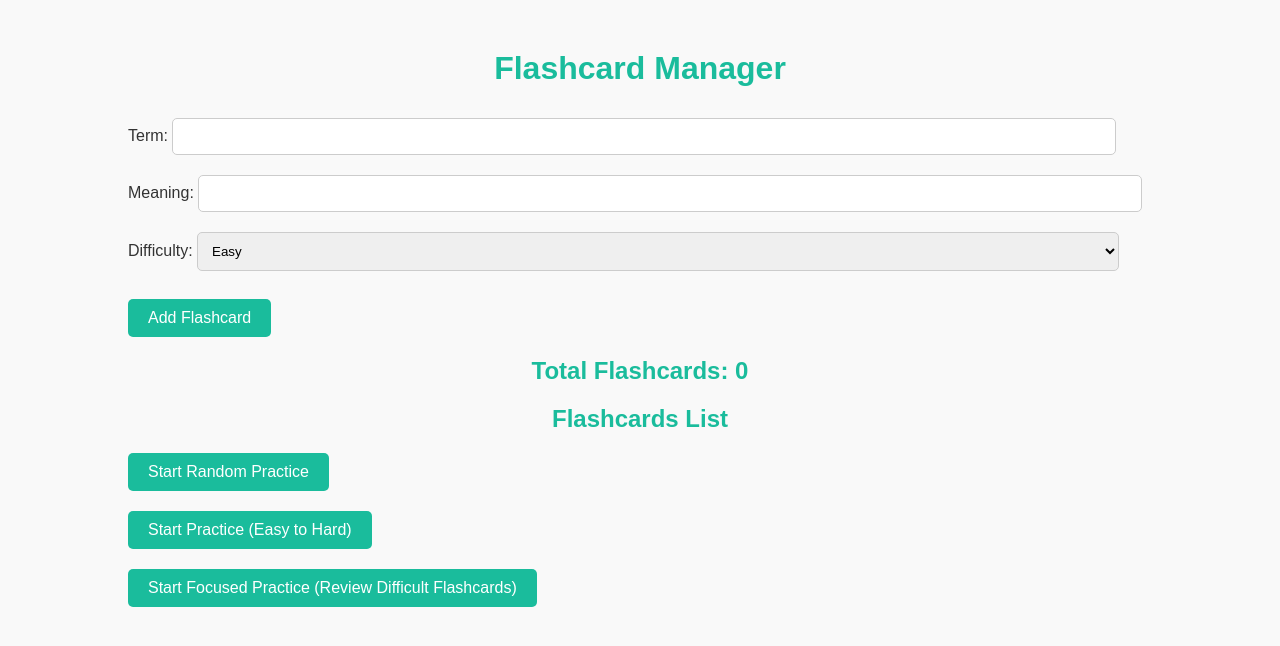
Repository: Oriyin/Algorithm_StudyHelper
Page: http://localhost/flashcards
An editor plug-in stored every save of this project. The page is shown before and after a run of saves, followed by the edit.
The browser window is 1280 px wide. The pictures show the whole page.
The page is served by the project's application, run on Flask 3 (backend/app.py). Other server files are loaded and not shown.

Above is the page before, as saved 2024-10-11 14:19:43.

### templates/flashcards.html
<!DOCTYPE html>
<html lang="en">
<head>
    <meta charset="UTF-8">
    <meta name="viewport" content="width=device-width, initial-scale=1.0">
    <title>Flashcards</title>
    <!-- ลิงก์ไฟล์ CSS -->
    <link rel="stylesheet" type="text/css" href="{{ url_for('static', filename='flashstyle.css') }}">
</head>
<body>
    <div class="container">
        <h1>Flashcard Manager</h1>

        <!-- Form สำหรับการเพิ่ม flashcard -->
        <form method="POST" action="{{ url_for('manage_flashcards') }}">
            <label for="term">Term:</label>
            <input type="text" name="term" id="term" required><br>

            <label for="meaning">Meaning:</label>
            <input type="text" name="meaning" id="meaning" required><br>

            <!-- Dropdown for selecting difficulty -->
            <label for="difficulty">Difficulty:</label>
            <select name="difficulty" id="difficulty" required>
                <option value="Easy">Easy</option>
                <option value="Medium">Medium</option>
                <option value="Hard">Hard</option>
            </select><br><br>

            <button type="submit">Add Flashcard</button>
        </form>

        <!-- Display total number of flashcards -->
        <h2>Total Flashcards: {{ flashcards|length }}</h2>

        <h2>Flashcards List</h2>
        <ul>
            {% for flashcard in flashcards %}
                <li>{{ flashcard.term }} - {{ flashcard.meaning }} ({{ flashcard.difficulty }})</li>
            {% endfor %}
        </ul>

        <!-- Button to start random practice -->
        <form method="GET" action="{{ url_for('start_practice') }}">
            <button type="submit">Start Random Practice</button>
        </form>

        <!-- Button to start practice sorted by difficulty -->
        <form method="GET" action="{{ url_for('start_practice_by_difficulty') }}">
            <button type="submit">Start Practice (Easy to Hard)</button>
        </form>

        <!-- Button to start reviewing flashcards that need more practice (incorrect_count > 2) -->
        <form method="GET" action="{{ url_for('start_focused_practice') }}">
            <button type="submit">Start Focused Practice (Review Difficult Flashcards)</button>
        </form>
    </div>
</body>
</html>

### backend/app.py
# app.py

from flask import Flask, request, render_template, redirect, url_for
from algorithm import *

# Initialize the Flask application and specify the template folder
app = Flask(__name__, template_folder="../templates")

# Global variables for storing tasks and notes temporarily
tasks = []
notes = []
task_counter = 0  # A counter to uniquely identify each task

# Route for the home page
@app.route('/')
def home():
    return render_template('index.html')

# Route for managing tasks
@app.route('/tasks', methods=['GET', 'POST'])
def manage_tasks():
    global tasks, task_counter
    if request.method == 'POST':
        task_name = request.form.get('task_name')
        task_description = request.form.get('task_description')
        due_date = request.form.get('due_date')
        priority = int(request.form.get('priority'))

        if task_name and task_description and due_date:
            task_counter += 1  # Increment task counter for each new task
            tasks.append({
                'id': task_counter,  # Assign unique ID to each task
                'name': task_name,
                'description': task_description,
                'dueDate': due_date,
                'priority': priority,
                'completed': False
            })

            # Sort tasks by due date immediately (excluding completed tasks) using Insertion Sort
            tasks = insertion_sort([task for task in tasks if not task['completed']], 'dueDate') + [task for task in tasks if task['completed']]

            print("Updated tasks list:")
            print(tasks)

    todo_tasks = [task for task in tasks if not task['completed']]
    done_tasks = [task for task in tasks if task['completed']]

    return render_template('tasks.html', todo_tasks=todo_tasks, done_tasks=done_tasks, enumerate=enumerate)

# Route for managing notes
@app.route('/notes', methods=['GET', 'POST'])
def manage_notes():
    global notes
    if request.method == 'POST':
        note_title = request.form.get('note_title')
        note_content = request.form.get('note_content')

        if note_title and note_content:
            notes.append({
                'title': note_title,
                'content': note_content
            })
            print("Updated notes list:")
            print(notes)

    return render_template('notes.html', notes=notes, enumerate=enumerate)

# Route to edit a specific note by index
@app.route('/edit_note/<int:index>', methods=['POST'])
def edit_note(index):
    global notes
    new_title = request.form.get('edit_note_title')
    new_content = request.form.get('edit_note_content')

    if new_title and new_content:
        # Update the note with new values
        notes[index]['title'] = new_title
        notes[index]['content'] = new_content
        print("Updated notes list:")
        print(notes)

    return redirect(url_for('manage_notes'))

# Route to delete a specific note by index
@app.route('/delete_note/<int:index>', methods=['POST'])
def delete_note(index):
    global notes
    if index < len(notes):
        notes.pop(index)
        print("Updated notes list:")
        print(notes)
    return redirect(url_for('manage_notes'))

# Route to search through notes using a case-insensitive search with highlighted results
@app.route('/search_notes', methods=['POST'])
def search_notes():
    global notes
    search_pattern = request.form.get('search_pattern').lower()  # Make the search pattern lowercase
    search_results = []

    # Perform case-insensitive search on each note's title and content using naive string search
    for index, note in enumerate(notes):
        title = note['title']
        content = note['content']
        highlighted_content = content

        # Use naive string search to find matches (case-insensitive)
        matches = naive_string_search(content.lower(), search_pattern)  # Perform the search on lowercase text

        # If matches are found, highlight them in the content
        if matches:
            for match_index in matches:
                # Highlight the matched text using HTML <mark> tag
                match = content[match_index:match_index + len(search_pattern)]
                highlighted_content = highlighted_content.replace(match, f"<mark>{match}</mark>")
            search_results.append({
                'index': index,
                'title': title,
                'highlighted_content': highlighted_content
            })

    # If no matches are found, set a message to be displayed
    no_match_message = None
    if not search_results:
        no_match_message = "Don't have any file that match with finding word."

    return render_template('notes.html', notes=notes, search_results=search_results, no_match_message=no_match_message, search_pattern=search_pattern, enumerate=enumerate)

# Route to edit a specific task by index
@app.route('/edit_task/<int:index>', methods=['POST'])
def edit_task(index):
    global tasks
    new_name = request.form.get('edit_name')
    new_description = request.form.get('edit_description')
    new_due_date = request.form.get('edit_due_date')
    new_priority = int(request.form.get('edit_priority'))

    if new_name and new_description and new_due_date:
        # Update the task with new values
        tasks[index]['name'] = new_name
        tasks[index]['description'] = new_description
        tasks[index]['dueDate'] = new_due_date
        tasks[index]['priority'] = new_priority
        print("Updated tasks list:")
        print(tasks)

    # Re-sort tasks by due date immediately after editing using Insertion Sort
    tasks = insertion_sort([task for task in tasks if not task['completed']], 'dueDate') + [task for task in tasks if task['completed']]

    return redirect(url_for('manage_tasks'))

# Route to toggle a task's completion status using its unique ID
@app.route('/toggle_completed/<int:task_id>', methods=['POST'])
def toggle_completed(task_id):
    global tasks
    for task in tasks:
        if task['id'] == task_id:
            task['completed'] = not task['completed']
            print("Updated tasks list:")
            print(tasks)
            break
    # Re-sort the tasks to ensure they are in the correct order
    tasks = insertion_sort([task for task in tasks if not task['completed']], 'dueDate') + [task for task in tasks if task['completed']]
    return redirect(url_for('manage_tasks'))

# Route to delete a task by its unique ID
@app.route('/delete_task/<int:task_id>', methods=['POST'])
def delete_task(task_id):
    global tasks
    tasks = [task for task in tasks if task['id'] != task_id]
    print("Updated tasks list:")
    print(tasks)
    return redirect(url_for('manage_tasks'))

# Route to sort tasks by due date using Merge Sort
@app.route('/sort_by_due_date', methods=['POST'])
def sort_by_due_date():
    global tasks
    incomplete_tasks = [task for task in tasks if not task['completed']]
    # Use merge_sort to sort the incomplete tasks by 'dueDate'
    tasks = merge_sort(incomplete_tasks, 'dueDate') + [task for task in tasks if task['completed']]
    print("Updated tasks list:")
    print(tasks)
    return redirect(url_for('manage_tasks'))

# Route to sort tasks by priority
@app.route('/sort_by_priority', methods=['POST'])
def sort_by_priority():
    global tasks
    incomplete_tasks = [task for task in tasks if not task['completed']]
    tasks = counting_sort(incomplete_tasks, 'priority') + [task for task in tasks if task['completed']]
    print("Updated tasks list:")
    print(tasks)
    return redirect(url_for('manage_tasks'))

# Route to sort tasks by both due date and priority
@app.route('/sort_by_both', methods=['POST'])
def sort_by_both():
    global tasks
    incomplete_tasks = [task for task in tasks if not task['completed']]
    tasks = heap_sort(incomplete_tasks, 'dueDate', 'priority') + [task for task in tasks if task['completed']]
    print("Updated tasks list:")
    print(tasks)
    return redirect(url_for('manage_tasks'))

# Global variable to store flashcards
flashcards = []

@app.route('/flashcards', methods=['GET', 'POST'])
def manage_flashcards():
    global flashcards
    if request.method == 'POST':
        term = request.form.get('term')
        meaning = request.form.get('meaning')
        difficulty = request.form.get('difficulty')  # Capture the difficulty level

        # Create a new flashcard with 'incorrect_count' initialized to 0 and difficulty level
        new_flashcard = {'term': term, 'meaning': meaning, 'difficulty': difficulty, 'incorrect_count': 0}

        # Use the uniqueness testing function to avoid duplicates
        if uniqueness_testing(flashcards, new_flashcard):
            print("Flashcard added successfully!")
        else:
            print("Duplicate term found! Flashcard not added.")

    # Render the flashcards page with the flashcards list and total number
    return render_template('flashcards.html', flashcards=flashcards, enumerate=enumerate)

# Route to start flashcard practice (randomizes flashcards before starting)
@app.route('/start_practice', methods=['GET'])
def start_practice():
    global flashcards
    # Randomize flashcards before starting practice
    flashcards = random_flashcards(flashcards)
    return redirect(url_for('practice_flashcard', index=0))

@app.route('/practice_flashcard/<int:index>', methods=['GET', 'POST'])
def practice_flashcard(index):
    global flashcards
    if index >= len(flashcards):
        # If the index is out of range, redirect to the practice completion page
        return redirect(url_for('practice_completed'))

    if request.method == 'POST':
        # Check if the answer was correct or not
        is_correct = request.form.get('is_correct') == 'true'
        if not is_correct:
            flashcards[index]['incorrect_count'] += 1

        # Move to the next flashcard
        next_index = index + 1
        if next_index < len(flashcards):
            return redirect(url_for('practice_flashcard', index=next_index))
        else:
            return redirect(url_for('practice_completed'))

    # Render the current flashcard for practice
    flashcard = flashcards[index]
    return render_template('practice_flashcard.html', flashcard=flashcard, index=index)

@app.route('/practice_completed')
def practice_completed():
    global flashcards

    # Group flashcards based on incorrect_count
    low_threshold = 1
    grouped_flashcards = divide_and_conquer_flashcards(flashcards, low_threshold)

    # Separate correct and incorrect flashcards for the result page
    correct_flashcards = [fc for fc in grouped_flashcards if fc['incorrect_count'] == 0]
    incorrect_flashcards = [fc for fc in grouped_flashcards if fc['incorrect_count'] > 0]

    # Show the result in terms of high-priority (incorrect more often) and low-priority flashcards
    return render_template('practice_completed.html', correct_flashcards=correct_flashcards, incorrect_flashcards=incorrect_flashcards)

@app.route('/practice_again_random', methods=['GET'])
def practice_again_random():
    global flashcards
    flashcards = random_flashcards(flashcards)  # แบบสุ่มสำหรับ practice
    print("Flashcards randomized")
    return redirect(url_for('practice_flashcard', index=0))

@app.route('/practice_again_easy_to_hard', methods=['GET'])
def practice_again_easy_to_hard():
    global flashcards
    flashcards = counting_sortflash(flashcards, 'difficulty')  # เรียงจากง่ายไปยาก
    print("Flashcards sorted from Easy to Hard")
    return redirect(url_for('practice_flashcard', index=0))

@app.route('/start_practice_by_difficulty', methods=['GET'])
def start_practice_by_difficulty():
    global flashcards

    if len(flashcards) == 0:
        # Redirect to the flashcards management page if there are no flashcards
        return redirect(url_for('manage_flashcards'))

    # Sort flashcards by difficulty in the order of Easy -> Medium -> Hard
    flashcards = counting_sortflash(flashcards, 'difficulty')

    return redirect(url_for('practice_flashcard', index=0))

@app.route('/start_focused_practice', methods=['GET'])
def start_focused_practice():
    global flashcards, flashcards_to_practice

    # Filter flashcards where incorrect_count > 2
    flashcards_to_practice = [fc for fc in flashcards if fc['incorrect_count'] > 2]

    # ตรวจสอบว่ามี flashcards ที่จะฝึกไหม
    if len(flashcards_to_practice) == 0:
        # ถ้าไม่มี flashcards ที่ผิดเกิน 2 ครั้ง ให้กลับไปยังหน้า flashcard management
        return redirect(url_for('manage_flashcards'))

    # Start practice with the filtered flashcards
    return redirect(url_for('practice_focused_flashcards', index=0))

@app.route('/practice_focused_flashcards/<int:index>', methods=['GET', 'POST'])
def practice_focused_flashcards(index):
    global flashcards_to_practice

    if index >= len(flashcards_to_practice):
        # If all flashcards are practiced, go to the completion page
        return redirect(url_for('focused_practice_completed'))

    if request.method == 'POST':
        # Check if the user answered the flashcard correctly
        is_correct = request.form.get('is_correct') == 'true'
        if is_correct:
            # Only remove the flashcard if it was answered correctly
            flashcards_to_practice.pop(index)

        # After removing or marking the flashcard, adjust index if necessary
        if len(flashcards_to_practice) > 0 and index >= len(flashcards_to_practice):
            index = len(flashcards_to_practice) - 1

        # If no flashcards remain, go to the completion page
        if len(flashcards_to_practice) == 0:
            return redirect(url_for('focused_practice_completed'))

        # After the user answers, redirect to the next flashcard
        return redirect(url_for('practice_focused_flashcards', index=index))

    # Display the current flashcard for practice
    flashcard = flashcards_to_practice[index]
    return render_template('practice_focused_flashcards.html', flashcard=flashcard, index=index)

@app.route('/focused_practice_completed')
def focused_practice_completed():
    global flashcards_to_practice, flashcards

    # Calculate how many flashcards are left to review
    flashcards_left = len(flashcards_to_practice)

    # If practice is completed (no more flashcards left to review), reset incorrect_count to 0 for all flashcards
    if flashcards_left == 0:
        for fc in flashcards:
            fc['incorrect_count'] = 0  # Reset incorrect_count to 0 for all flashcards

    # Render the result page and pass flashcards_left to the template
    return render_template('focused_practice_completed.html', flashcards_left=flashcards_left)

# Run the Flask server
if __name__ == "__main__":
    app.run(debug=True)
    print(tasks)
    print(notes)

### backend/static/flashstyle.css
/* General Styles */
body, html {
    margin: 0;
    padding: 0;
    font-family: Arial, sans-serif;
    background-color: #f9f9f9;
    color: #333;
}

.container {
    width: 80%;
    margin: 50px auto;
    text-align: center;
}

/* Title Styling */
h1, h2 {
    color: #1abc9c;
}

/* Flashcard Form Styles */
form {
    margin: 20px 0;
    text-align: left;
}

input, select {
    width: 90%;
    padding: 10px;
    margin: 10px 0;
    border: 1px solid #ccc;
    border-radius: 5px;
}

button {
    padding: 10px 20px;
    font-size: 1em;
    border: none;
    background-color: #1abc9c;
    color: white;
    border-radius: 5px;
    cursor: pointer;
    transition: background-color 0.3s ease;
}

button:hover {
    background-color: #3498db;
}

/* Flashcards List */
.task-columns {
    display: flex;
    justify-content: center;
    flex-wrap: wrap;
}

.todo-column {
    width: 100%;
    background-color: #ecf0f1;
    padding: 20px;
    margin: 20px 0;
    border-radius: 8px;
    box-shadow: 0 0 10px rgba(0, 0, 0, 0.1);
}

li {
    list-style: none;
    padding: 10px;
    border-bottom: 1px solid #ccc;
    margin: 5px 0;
}

li strong {
    color: #2c3e50;
}

.btn {
    background-color: #3498db;
    color: white;
    padding: 10px 20px;
    text-decoration: none;
    border-radius: 5px;
    margin: 10px;
    display: inline-block;
    transition: background-color 0.3s ease;
}

.btn:hover {
    background-color: #16a085;
}

/* Container for buttons */
.button-container {
    margin: 20px 0;
}

After the next 2 saves:
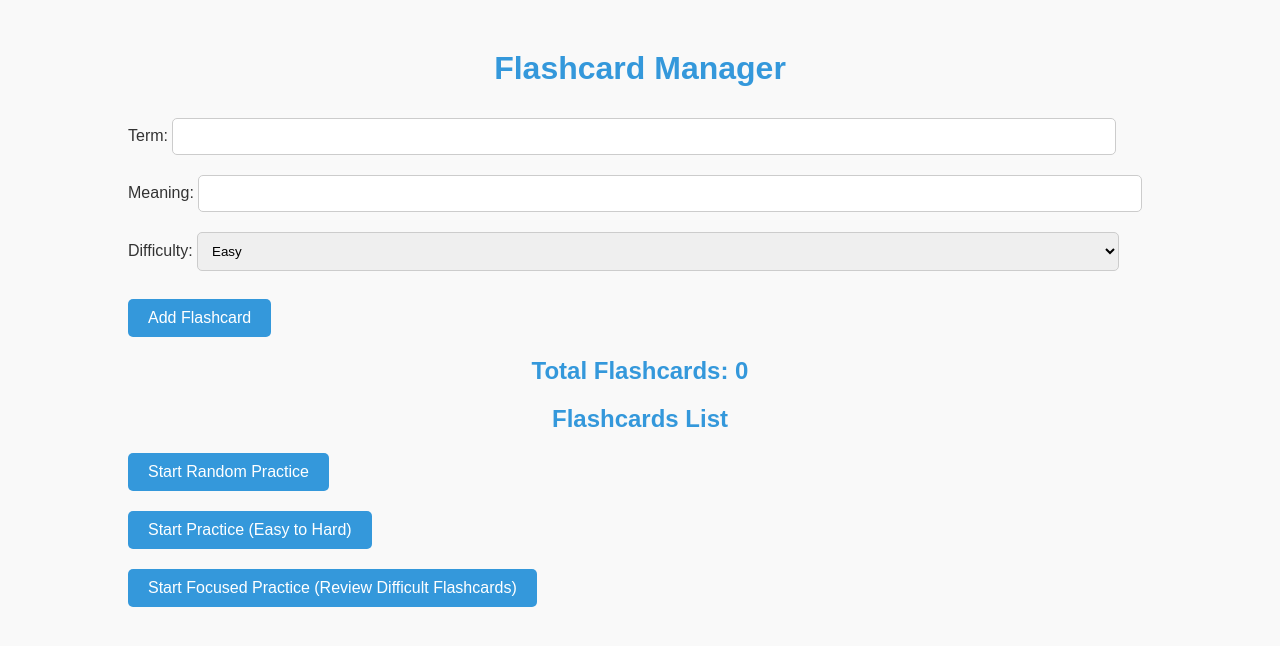
The 2 saves are shown as one change because they came seconds apart.
The last was saved 10 s later.
--- a/backend/static/flashstyle.css
+++ b/backend/static/flashstyle.css
@@ -15,7 +15,7 @@ body, html {
 
 /* Title Styling */
 h1, h2 {
-    color: #1abc9c;
+    color: #3498db;
 }
 
 /* Flashcard Form Styles */
@@ -36,7 +36,7 @@ button {
     padding: 10px 20px;
     font-size: 1em;
     border: none;
-    background-color: #1abc9c;
+    background-color: #3498db;
     color: white;
     border-radius: 5px;
     cursor: pointer;
